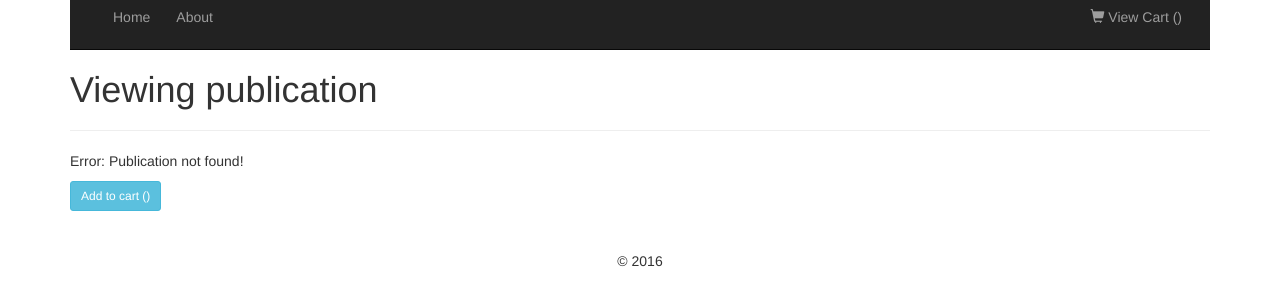
Repository: iancwwong/DigitalBibliographicalLibrary
Page: http://localhost/DigitalBibliographicLibrary/publicationpage.jsp
The author's editor kept a copy of each file at every save. The page is drawn from the files as they stood at one save, then again after the next save.
The browser window is 1280 px wide. The pictures show the whole page.
The page is served by Tomcat 9. Other server files are loaded and not shown. The template is opened directly, without the code that normally fills it, so the values that code supplies are empty.

Above is the page before, as saved 2016-08-28 01:32:55.

### DigitalBibliographicLibrary/WebContent/publicationpage.jsp
<%@ page language="java" contentType="text/html; charset=ISO-8859-1"
    pageEncoding="ISO-8859-1"%>

<!-- JSLT core -->
<%@ taglib prefix="c" uri="http://java.sun.com/jsp/jstl/core" %>

<!-- Publication -->
<%@ page import="edu.unsw.comp9321.*"%>

<!DOCTYPE html PUBLIC "-//W3C//DTD HTML 4.01 Transitional//EN" "http://www.w3.org/TR/html4/loose.dtd">
<html>
<head>
	<!--  Bootstrap meta tags  -->
    <meta charset="utf-8">
    <meta http-equiv="X-UA-Compatible" content="IE=edge">
    <meta name="viewport" content="width=device-width, initial-scale=1">

	<title>DBLP - View Publication</title>

	<!-- Bootstrap -->
    <link href="css/bootstrap.min.css" rel="stylesheet">

    <!--  Page styling -->
    <link href="css/general.css" rel="stylesheet">
    <link href="css/navbar.css" rel="stylesheet">
</head>
<body>

	<!-- Publication Content -->
	<div class="container">

		<!-- navbar -->
		<%@ include file="include/navbar.html"%>

		<!-- Content -->
		<h1>Viewing publication</h1>
		<hr />

		<c:choose>
			<c:when test="${empty publicationPageBean.publication.id}">
			  <p>Error: Publication not found!</p>
			</c:when>

			<c:otherwise>
			  <p>ID: ${publicationPageBean.publication.id} </p>
			  <p>Title: ${publicationPageBean.publication.title} </p>
			</c:otherwise>
		</c:choose>

		<!--  Add item to cart
		================================================ -->
		<form action='control' method='POST'>
			<input type='hidden' name="action" value="addPublicationToCart"/>
			<input type='hidden' name="pubID" value="${publicationPageBean.publication.id}"/>
			<input type='hidden' name="pubType" value="${publicationPageBean.publication.type}"/>
			<button type="submit" class="btn btn-info btn-sm">
				Add to cart (${publicationPageBean.publication.price})
			</button>
		</form>

		<!-- Footer -->
		<%@ include file="include/footer.html"%>

	</div>

    <!-- ========= Bootstrap Core Javascript =========== -->
    <!-- jQuery (necessary for Bootstrap's JavaScript plugins) -->
    <script src="https://ajax.googleapis.com/ajax/libs/jquery/1.12.4/jquery.min.js"></script>
    <!-- Include all compiled plugins (below), or include individual files as needed -->
    <script src="js/bootstrap.min.js"></script>

</body>
</html>

### DigitalBibliographicLibrary/WebContent/include/navbar.html
<!--  This file contains the information of the navigation bar -->
<!-- Navbar content -->
<div class="navbar-wrapper">

    <nav class="navbar navbar-inverse navbar-static-top">
      <div class="container">
        <div id="navbar" class="navbar-collapse collapse">
          <ul class="nav navbar-nav">
            <li class="active">
				<form action='control' method='POST'>
					<input type='hidden' name="action" value="viewIndexPage"/>
					<button type="submit" class="btn btn-link">
						Home
					</button>
				</form>
            </li>
            <li>
				<form action='control' method='POST'>
					<input type='hidden' name="action" value="viewAboutPage"/>
					<button type="submit" class="btn btn-link">
						About
					</button>
				</form>
            </li>
          </ul>
          <ul class="nav navbar-nav navbar-right">
          	<li>
				<form action='control' method='POST'>
					<input type='hidden' name="action" value="viewCartPage"/>
					<button type="submit" class="btn btn-link">
						<span class="glyphicon glyphicon-shopping-cart"></span>
						View Cart (${userBean.cart.numItems})
					</button>
				</form>
          	</li>
          </ul>
        </div>
      </div>
    </nav>

</div>

### DigitalBibliographicLibrary/WebContent/include/footer.html
<!-- Footer content -->
<br />
<br />
<footer class="container-fluid">
	<center><p>&copy; 2016</p></center>
</footer>

### DigitalBibliographicLibrary/WebContent/css/general.css
// Body
body {
	margin: 0;
	padding: 10px;
}

// Footer
footer {
  background-color: #555;
  color: white;
  padding: 15px;
}

### DigitalBibliographicLibrary/WebContent/css/navbar.css
<!-- This file contains the stylings for the navigation bar -->

/* Special class on .container surrounding .navbar, used for positioning it into place. */
.navbar-wrapper {
  position: absolute;
  top: 0;
  right: 0;
  left: 0;
  z-index: 20;
}

/* Flip around the padding for proper display in narrow viewports */
.navbar-wrapper > .container {
  padding-right: 0;
  padding-left: 0;
}
.navbar-wrapper .navbar {
  padding-right: 15px;
  padding-left: 15px;
}
.navbar-wrapper .navbar .container {
  width: auto;
}

Loaded but not shown: DigitalBibliographicLibrary/WebContent/css/bootstrap.min.css (library); DigitalBibliographicLibrary/WebContent/js/bootstrap.min.js (library)

After the next save:
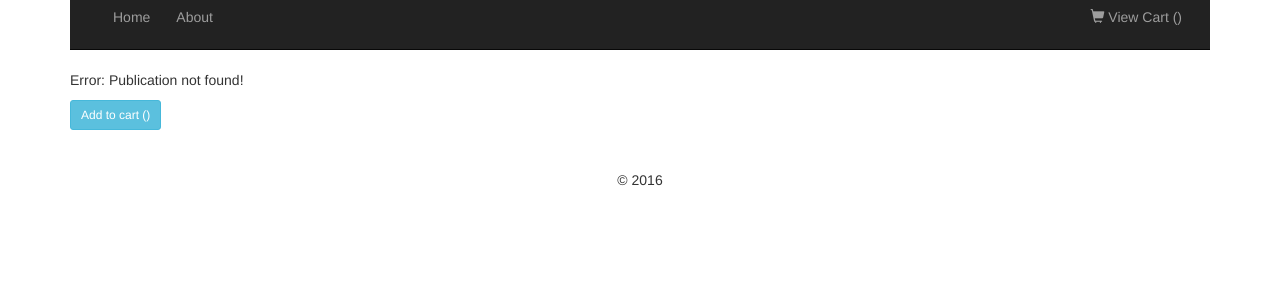
Saved 10 s later.
--- a/DigitalBibliographicLibrary/WebContent/publicationpage.jsp
+++ b/DigitalBibliographicLibrary/WebContent/publicationpage.jsp
@@ -33,9 +33,6 @@
 		<%@ include file="include/navbar.html"%>
 
 		<!-- Content -->
-		<h1>Viewing publication</h1>
-		<hr />
-
 		<c:choose>
 			<c:when test="${empty publicationPageBean.publication.id}">
 			  <p>Error: Publication not found!</p>
